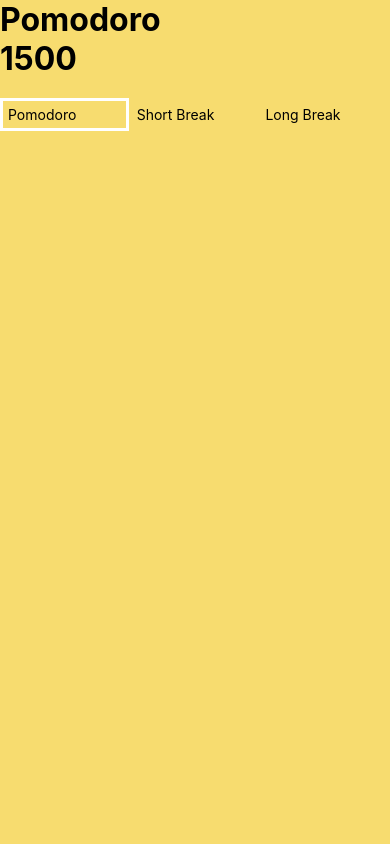
Repository: rchavarria77/pomodoro-app
Screen: /
The author's editor kept a copy of each file at every save. The screen is drawn from the files as they stood at one save, then again after the next save.
The app was drawn by React Native's web renderer in a window 390 px wide. The project was rebuilt for these pictures with package versions that can differ from the ones it lists, and the page was loaded fresh each time.

Above is the screen before, as saved 2024-02-01 00:54:02.

After the next save:
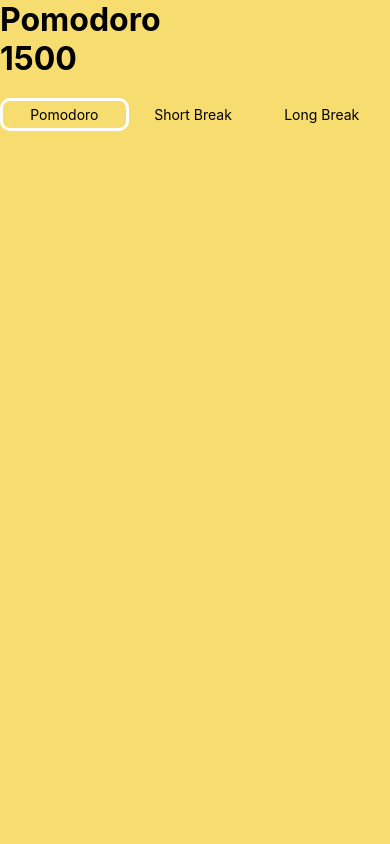
Saved 37 s later.
--- a/src/components/Header.jsx
+++ b/src/components/Header.jsx
@@ -34,5 +34,7 @@ const styles = StyleSheet.create({
     padding: 5,
     borderColor: 'white',
     marginVertical: 20,
+    borderRadius: 10,
+    alignItems: 'center',
   },
 });
